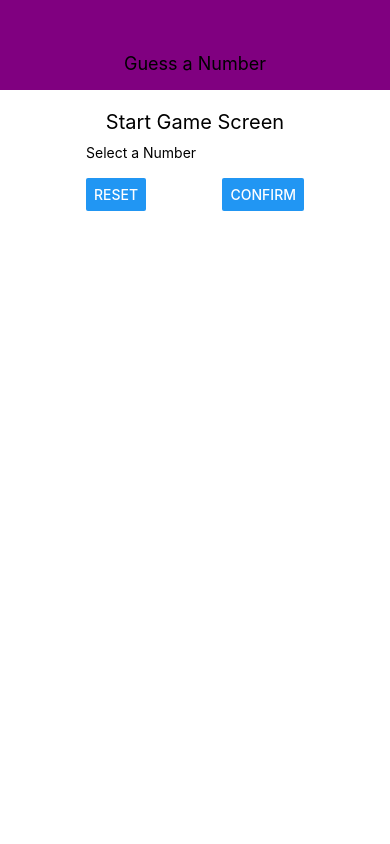
Repository: oguzhan18m/react-native-guess-number-game
Screen: /
An editor plug-in stored every save of this project. The screen is shown before and after the next save, followed by the edit.
The app was drawn by React Native's web renderer in a window 390 px wide. The project was rebuilt for these pictures with package versions that can differ from the ones it lists, and the page was loaded fresh each time.

Above is the screen before, as saved 2021-03-03 21:59:50.

### App.js
import React from 'react';
import { StyleSheet, Text, View } from 'react-native';
import Header from './components/Header';
import StartGameScreen from './screens/StartGameScreen';

export default function App() {
  return (
    <View style={styles.screen}>
      <Header title='Guess a Number' />
      <StartGameScreen />
    </View>
  );
}

const styles = StyleSheet.create({
  screen:{
    flex:1,

  }
});

### components/Header.js
import React from 'react';
import { StyleSheet, Text, View } from 'react-native';

const Header = (props) => {
    return (
        <View style={styles.header}>
            <Text style={styles.headerTitle}>{props.title}</Text>

        </View>
    )
}

const styles = StyleSheet.create({
    header:{
        width:'100%',
        height:90,
        paddingTop:36,
        backgroundColor:'purple',
        alignItems:'center',
        justifyContent:'center',
    },
    headerTitle:{
        color:'black',
        fontSize:18,
    }
});

export default Header;

### screens/StartGameScreen.js
import React from 'react';
import { Button, StyleSheet, Text, TextInput, View } from 'react-native';

const StartGameScreen = (props) => {
    return (
        <View style={styles.screen}>
            <Text style={styles.title}>Start Game Screen</Text>
            <View style={styles.inputContainer}>
                <Text>Select a Number</Text>
                <TextInput/>
                <View style={styles.buttonContainer}>
                    <Button title='Reset' onPress={()=>{}} />
                    <Button title='Confirm' onPress={()=>{}} />
                </View>
            </View>
        </View>
    )
}

const styles = StyleSheet.create({
    screen : {
        flex:1,
        padding:10,
        alignItems:'center',

    },
    title:{
        fontSize:20,
        marginVertical:10,

    },
    buttonContainer:{
        flexDirection:'row',
        alignItems:'center',
        justifyContent:'space-between',
        width:'100%',
        paddingHorizontal:'15',
    },
    inputContainer:{

    }
});

export default StartGameScreen;

After the next save:
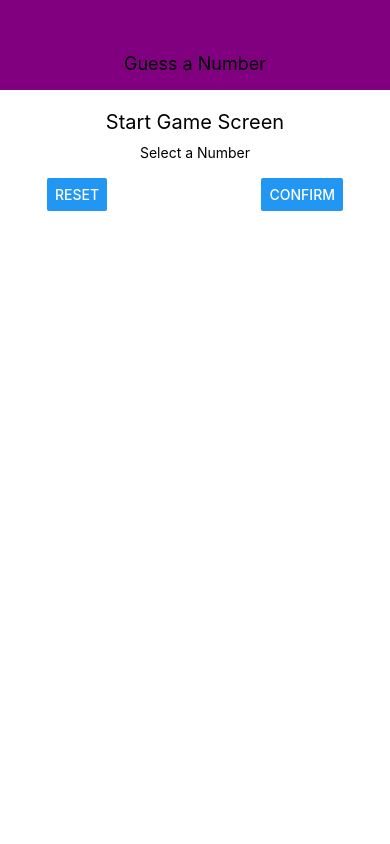
Saved 66 s later.
--- a/screens/StartGameScreen.js
+++ b/screens/StartGameScreen.js
@@ -37,7 +37,9 @@ const styles = StyleSheet.create({
         paddingHorizontal:'15',
     },
     inputContainer:{
-
+        width:300,
+        maxWidth:'80%',
+        alignItems:'center',
     }
 });
 
